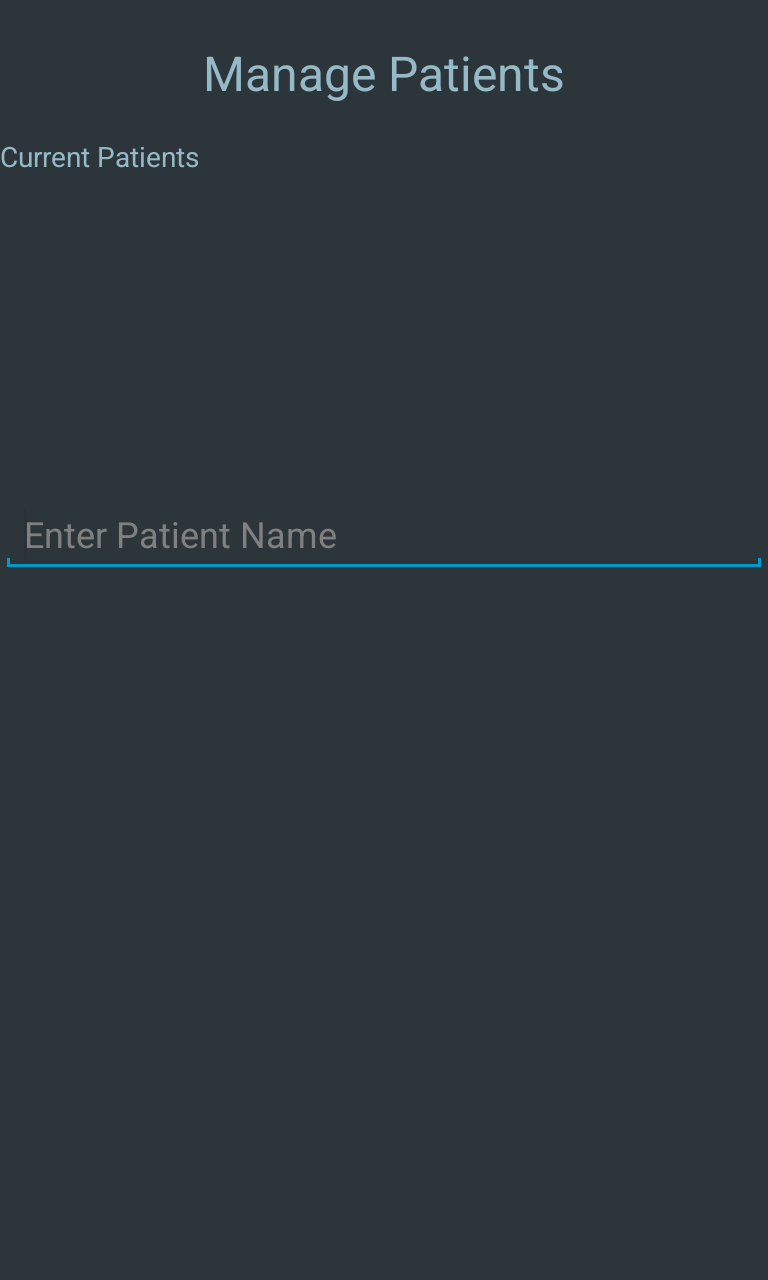
Repository: davidwiggy/MyWeek
Layout: MyWeek/res/layout/manage_clients.xml
An editor plug-in stored every save of this project. The layout is shown before and after the next save, followed by the edit.
It is drawn on a 768 x 1280 px phone screen (xhdpi) without system bars, with theme AppTheme; the app's code is not run. Lists and similar views that code fills are empty.

Above is the layout before, as saved 2013-10-29 01:43:24.

### MyWeek/res/layout/manage_clients.xml
<?xml version="1.0" encoding="utf-8"?>
<RelativeLayout xmlns:android="http://schemas.android.com/apk/res/android"
    android:layout_width="match_parent"
    android:layout_height="match_parent"
    android:background="@color/Gunmetal">

        <TextView
            android:id="@+id/manageClientsTitle"
            android:layout_width="wrap_content"
            android:layout_height="wrap_content"
            android:layout_alignParentTop="true"
            android:layout_centerHorizontal="true"
            android:layout_marginTop="20dp"
            android:textColor="@color/BabyBlue"
            android:textSize="24sp"
	        android:text="Manage Patients" />

       <TextView
           android:id="@+id/txtlblCurrentPatients"
           android:layout_width="wrap_content"
           android:layout_height="wrap_content"
           android:layout_below="@+id/manageClientsTitle"
           android:layout_marginTop="16dp"
           android:text="Current Patients"
           android:textColor="@color/BabyBlue" />
      <LinearLayout
          android:id="@+id/listViewHolderManageClients"
          android:layout_below="@id/txtlblCurrentPatients"
          android:layout_width="match_parent"
          android:layout_height="160dip">

	      <ListView
	           android:id="@android:id/list"
	           android:layout_width="match_parent"
	           android:layout_height="match_parent">
          </ListView>

       </LinearLayout>

       <EditText
           android:id="@+id/enter_patient_name"
           android:layout_width="match_parent"
           android:layout_height="wrap_content"
           android:layout_alignParentLeft="true"
           android:layout_below="@+id/listViewHolderManageClients"
           android:ems="10"
           android:hint="Enter Patient Name"
           android:inputType="textPersonName" >

           <requestFocus />
       </EditText>

</RelativeLayout>

### MyWeek/res/values/strings.xml
<?xml version="1.0" encoding="utf-8"?>
<resources>

    <string name="app_name">My Week</string>
    <string name="action_settings">Settings</string>
    <string name="lblFridayText">Friday</string>
    <string name="lblThursdayText">Thursday</string>
    <string name="lblWednesdayText">Wednesday</string>
    <string name="lblTuesdayText">Tuesday</string>
    <string name="lblMondayText">Monday</string>
    <string name="my_weekTitle">My Week</string>

    <color name="Gunmetal">#2C3539</color>
    <color name="BabyBlue">#95B9C7</color>
    <color name="orange">#ff5500</color>
    <color name="white">#ffffff</color>
  	<color name="transparent">#00000000</color>
 	<color name="date_color">#999999</color>
	<color name="black">#000000</color>
	<color name="gray">#999999</color>
	<color name="blue">#0066cc</color>
	<color name="gold">#e6b121</color>
	<color name="blueback">#99FFFF</color>
	<color name="articlecolor">#3399FF</color>
	<color name="article_title">#3399FF</color>
	<color name="cachecolor">#8ad0e8</color>


	<color name="yellow1">#F9E60E</color>
	<color name="yellow2">#F9F89D</color>
    <color name="orange4">#F7BE45</color>
    <color name="orange5">#F7D896</color>
    <color name="blue2">#19FCDA</color>
    <color name="blue25">#D9F7F2</color>
    <color name="grey05">#ACA899</color>
    <color name="white1">#FFFFFF</color>
    <color name="white2">#DDDDDD</color>
    <string-array name="days_array">
        <item >Select A Day</item>
        <item >Monday</item>
        <item >Tuesday</item>
        <item >Wednesday</item>
        <item >Thursday</item>
        <item >Friday</item>
    </string-array>
        <string name="lblselect_day">Select Day</string>
        <string name="lblButtonBack">Back</string>
        <string name="lblButtongo_to_day">Go To Day</string>
        <string name="btn_lbl_my_week_main">My Week</string>
        <string name="lbl_welcome_to_my_week_main">Welcome To My Week</string>
        <string name="txt_lbl_Totals_Main">Totals</string>
        <string name="btn_txt_lbl_Totals_Main">Totals</string>
        <string name="btn_lbl_Finished_Main">Finished</string>
        <string name="btn_lbl_manage_clients_main">Manage Clients</string>

</resources>

Loaded but not shown: MyWeek/res/values/styles.xml (common file); MyWeek/res/values-v11/styles.xml (common file); MyWeek/res/values-v14/styles.xml (common file)

After the next save:
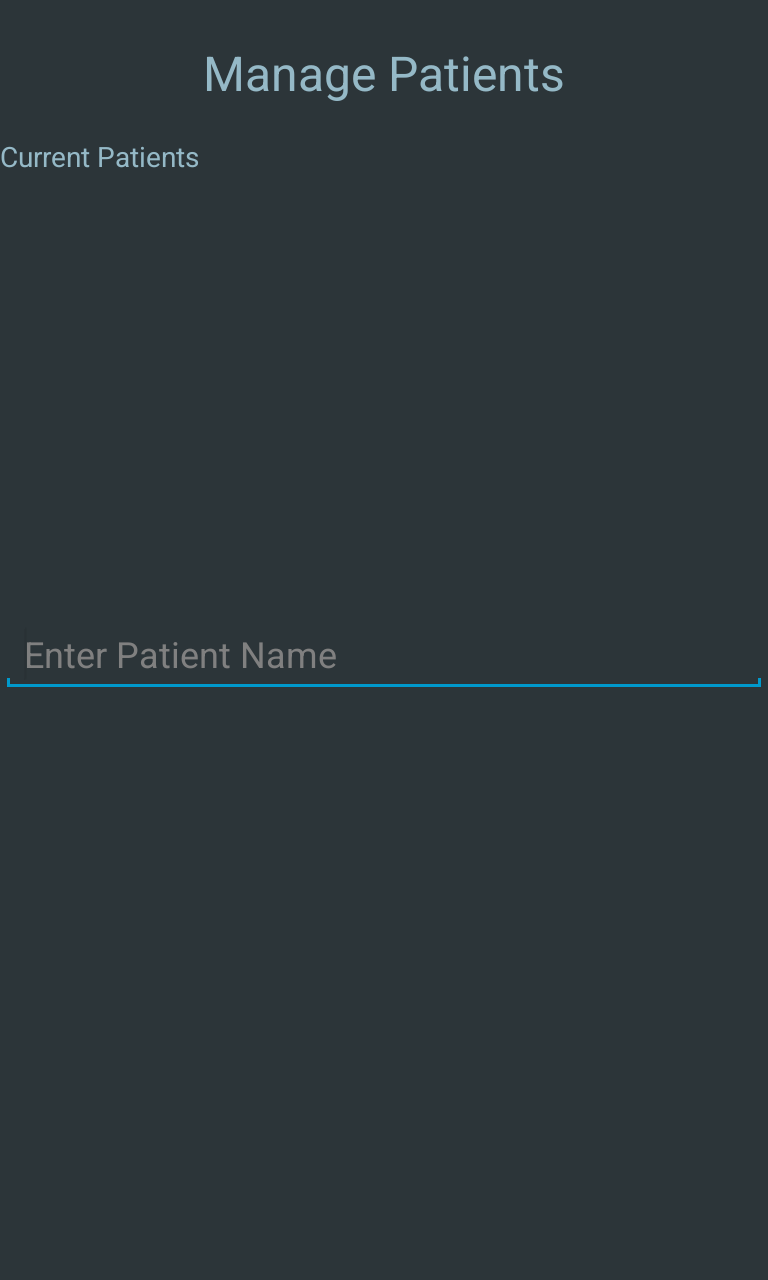
Saved 30 s later.
--- a/MyWeek/res/layout/manage_clients.xml
+++ b/MyWeek/res/layout/manage_clients.xml
@@ -27,7 +27,7 @@
           android:id="@+id/listViewHolderManageClients"
           android:layout_below="@id/txtlblCurrentPatients"
           android:layout_width="match_parent"
-          android:layout_height="160dip">
+          android:layout_height="220dip">
 
 	      <ListView
 	           android:id="@android:id/list"
